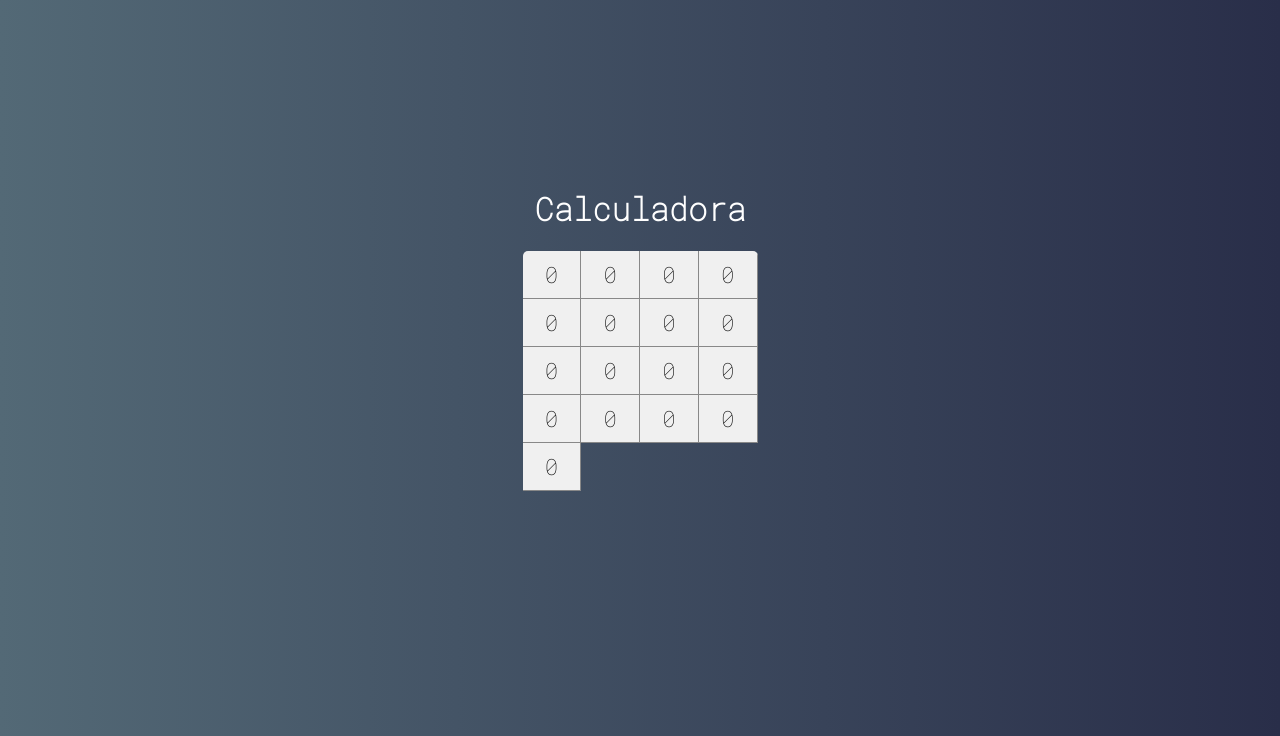
Repository: wellingtondevops/react-Calculator
Page: / (app in calculadora/)
An editor plug-in stored every save of this project. The page is shown before and after the next save, followed by the edit.
The browser window is 1280 px wide. The pictures show the whole page.
The project was rebuilt for these pictures with package versions that can differ from the ones it lists, and the page was loaded fresh each time. Also part of the build but not shown: calculadora/src/components/Display.css.

Above is the page before, as saved 2020-05-07 14:34:34.

After the next save:
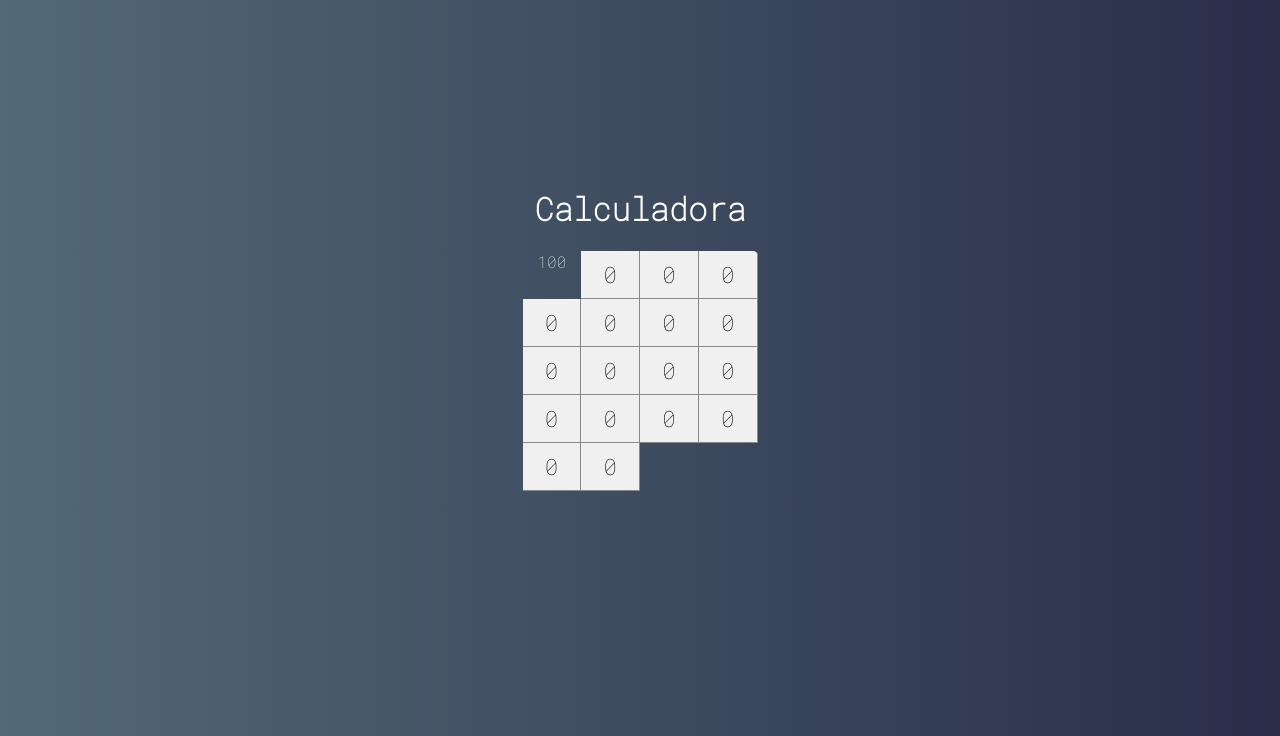
Saved 47 s later.
--- a/calculadora/src/main/Calculator.jsx
+++ b/calculadora/src/main/Calculator.jsx
@@ -1,11 +1,13 @@
 import React, {Component} from 'react'
 import './Calculator.css'
 import Button from '../components/Button'
+import Display from '../components/Display'
 
 export default class Calculator extends Component {
     render() {
         return (
             <div className="calculator">
+                <Display value={100} />
                 <Button label="AC"/>
                 <Button label="/" />
                 <Button label="7" />
